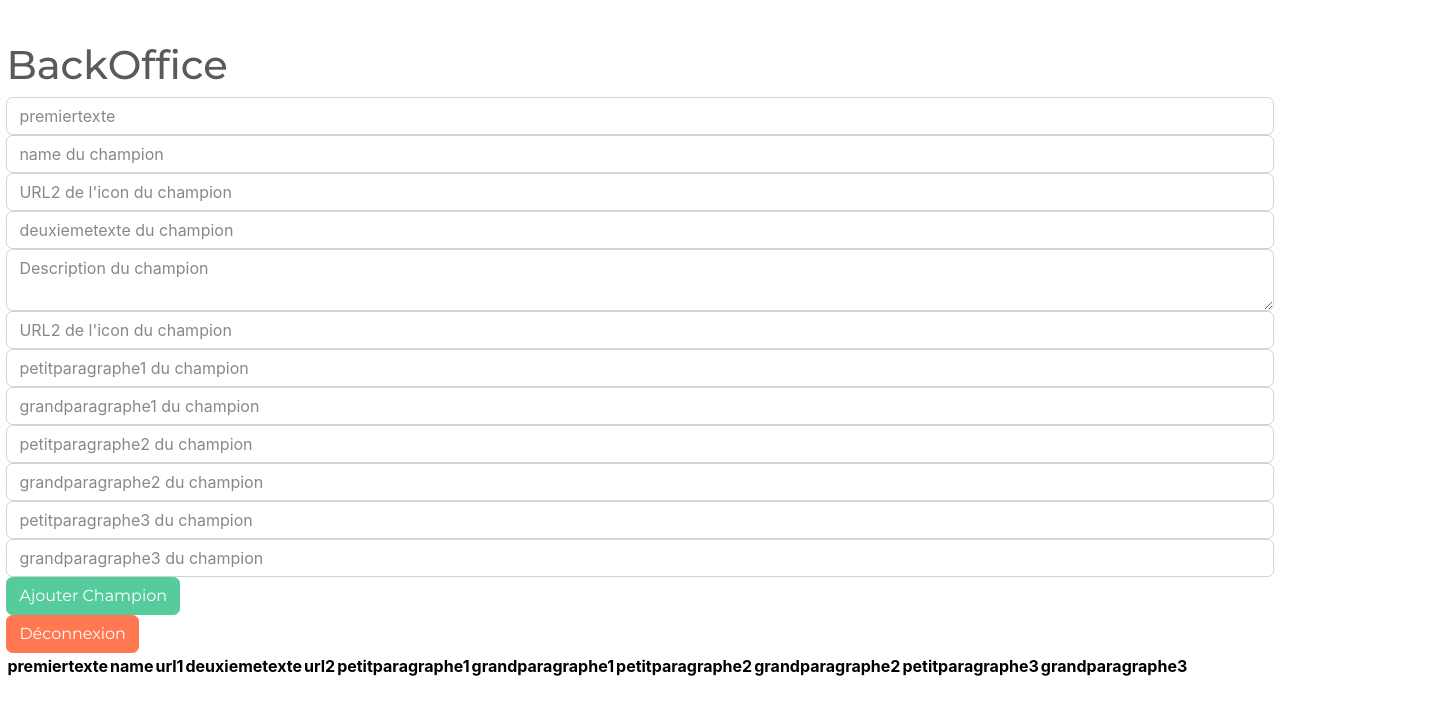
Repository: AdilGHAZAL/MosaiqueWebdoc
Page: /backoffice
The author's editor kept a copy of each file at every save. The page is drawn from the files as they stood at one save, then again after the next save.
The browser window is 1280 px wide. The page is 1280 px wide, then 1430 px, so the pictures cover 1430 px, including what lies to the right of the window. The pictures show the whole page.
The page's requests for data from a server got no answer. Some web fonts or font styles are not loaded; a fallback is used. Some web libraries are served in a nearby version. The project was rebuilt for these pictures with package versions that can differ from the ones it lists, and the page was loaded fresh each time. No one was signed in, and anything a server would have sent is missing. Also part of the build but not shown: vite.config.js, src/App.css, src/components/Navbar.css, src/components/Navbar.jsx, src/components/Athletes.css, src/components/Athletes.jsx, src/components/Athletes2.jsx, src/components/Athletes3.jsx and 18 more.

Above is the page before, as saved 2024-05-02 18:57:46.

After the next save:
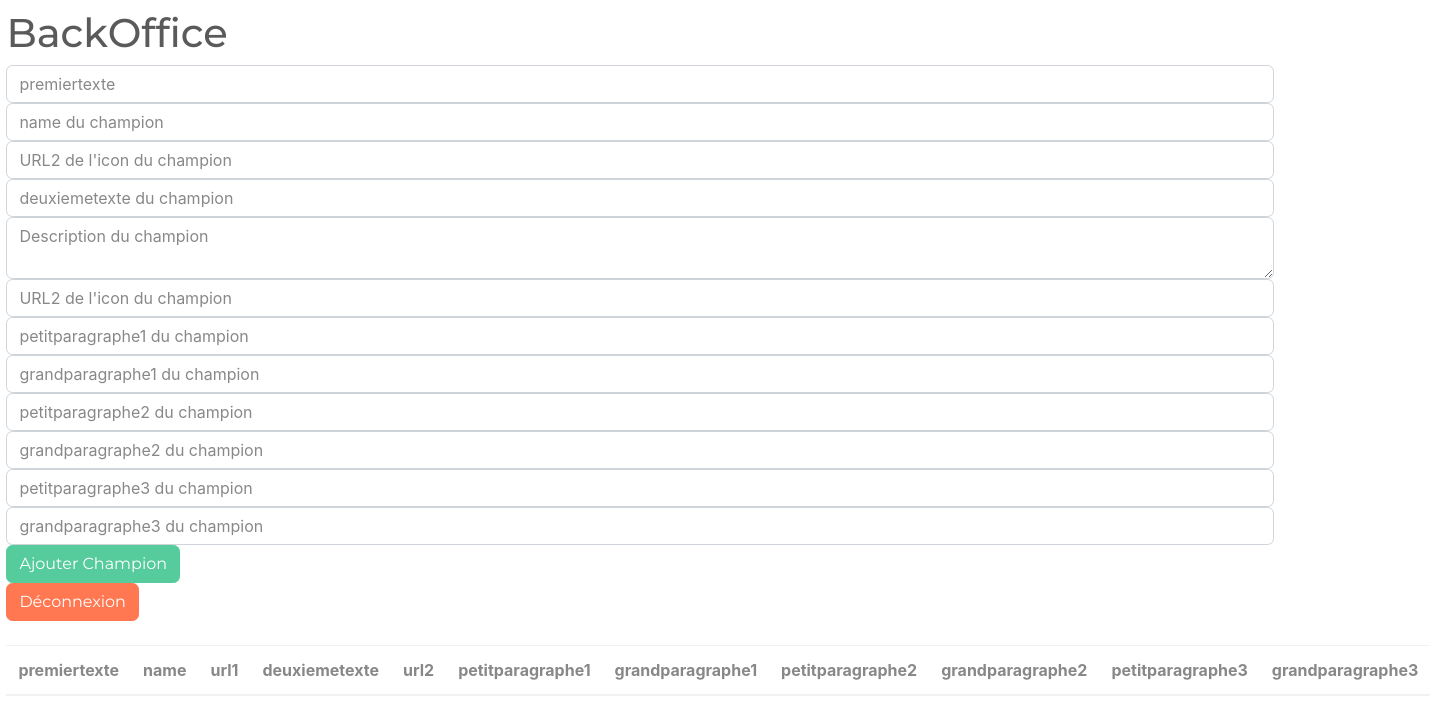
Saved 40 s later.
--- a/src/backoffice.jsx
+++ b/src/backoffice.jsx
@@ -179,7 +179,7 @@ export default function MainView() {
       </form>
       <button className='btn btn-danger' title='Déconnexion' onClick={handleSignOut}>Déconnexion</button>
 
-      <table>
+      <table className='table table-hover mt-4'>
         <thead>
           <tr>
           <th>premiertexte</th>
